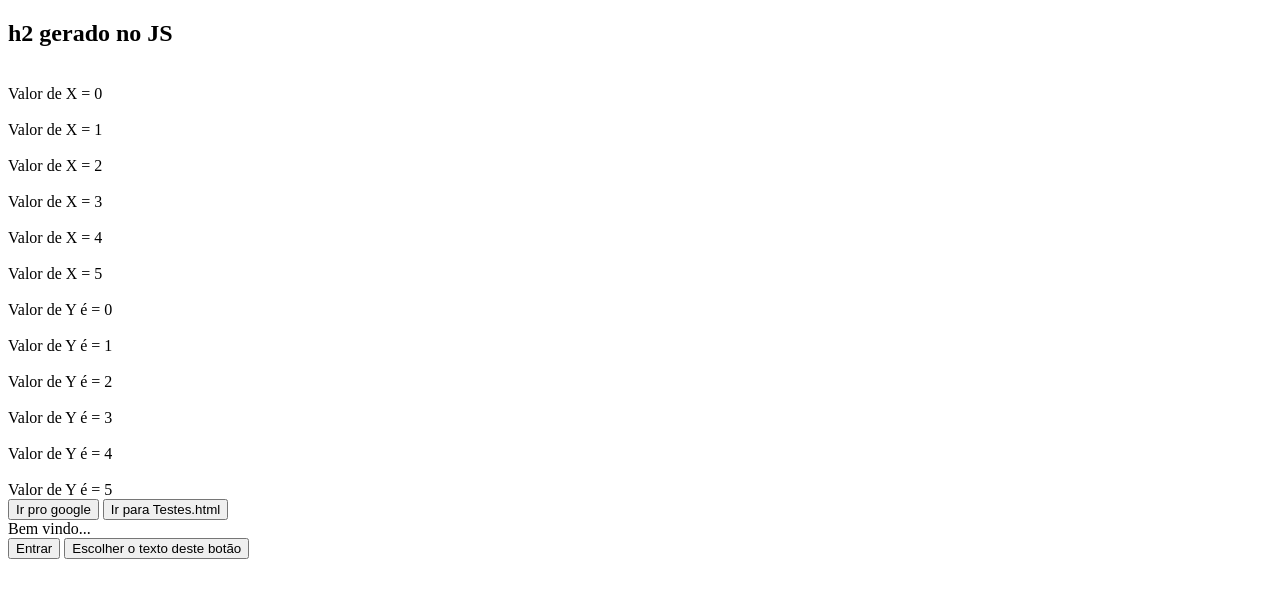
Repository: joaoaspimienta/Testes-e-estudo-de-ReactJS
Page: src/Anotações.html
These files come from the project's save history. The page is drawn as it stood at one moment and after the next save; the edit follows.
The browser window is 1280 px wide. The pictures show the whole page.

Above is the page before, as saved 2021-12-27 19:56:50.

### src/Anotações.html
<!DOCTYPE html>
  <head>
    <title>Anotações</title>
    <script type="text/javascript" src="script.js"></script>
  </head>

  <body>
    <button onClick="window.location.href='https://www.google.com';">Ir pro google</button>

    <button onClick="window.location.href='Testes.html';">Ir para Testes.html</button>

    <div id="area">Bem vindo...</div>

    <button onClick="document.getElementById('area').innerHTML='Bem vindo, ' + prompt('Qual seu nome?')">Entrar</button>
    <!-- document.write("<h1>lol</h1>") -->

    <button onClick="this.innerHTML= prompt('Escolha o nome deste botão')">Escolher o texto deste botão</button>
  </body>
</html>

### src/script.js
//Gerar coisas na tela
document.write("<h2>h2 gerado no JS</h2>")


//Arrays
var userList = ['EMIYA', 'Code', 'Carvalho', 'DrA'];

userList.indexOf('Carvalho') //2
userList.join(' e ') //EMIYA e Code e Carvalho...
userList.pop() //remove DrA
userList.shift() //remove EMIYA
userList.push('Honda') //add Honda no final

if(userList.indexOf('EMIYA') > -1) {
  console.log('Este nome está na lista')
} else {
  console.log('Este nome não está na lista')
}

console.log(userList)


//Loops

x = 0;
while(x <= 5) {
  document.write('</br> Valor de X = ' + x + '</br>')

  x++
}

for(y = 0; y <= 5; y++){
  document.write('</br> Valor de Y é = ' + y + '</br>')
}

After the next save:
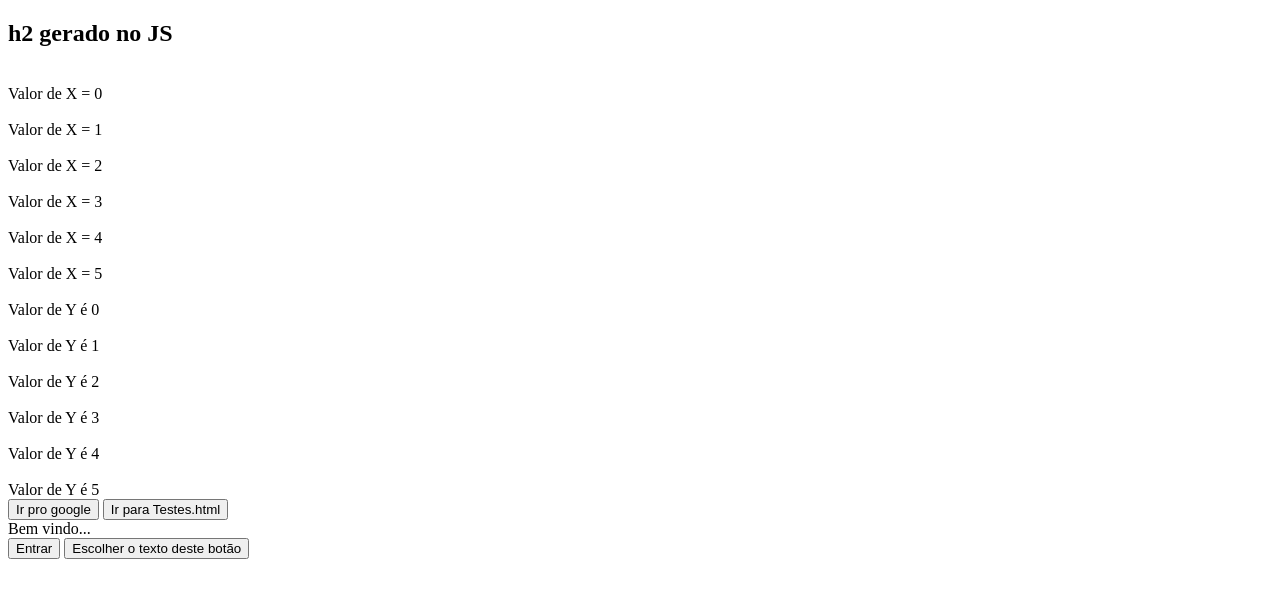
Saved 6 s later.
--- a/src/script.js
+++ b/src/script.js
@@ -30,5 +30,5 @@ while(x <= 5) {
 }
 
 for(y = 0; y <= 5; y++){
-  document.write('</br> Valor de Y é = ' + y + '</br>')
+  document.write('</br> Valor de Y é ' + y + '</br>')
 }
